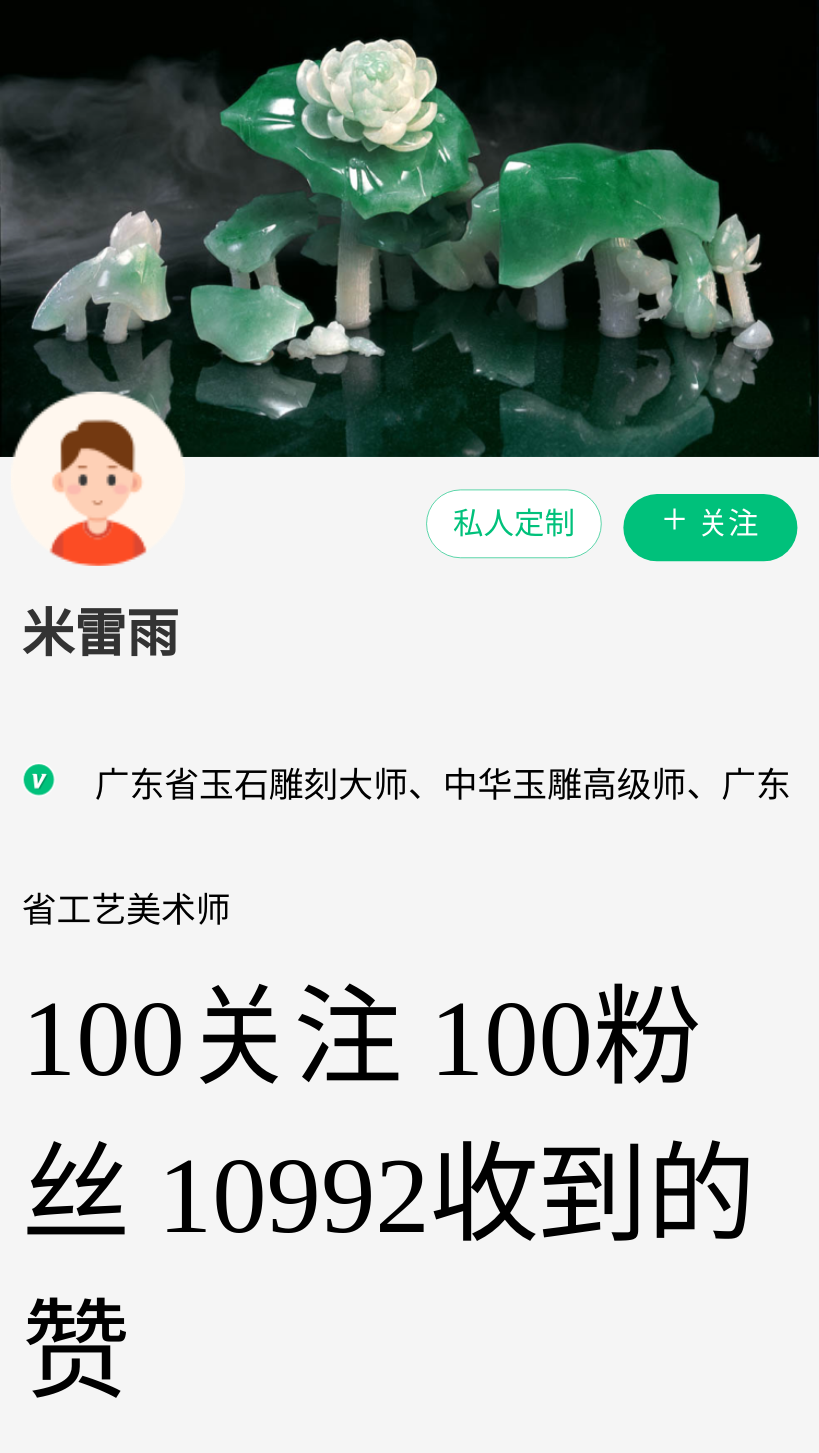
Repository: 1yanglulu/-
Page: html/jadecarvemaincenter.html
An editor plug-in stored every save of this project. The page is shown before and after the next save, followed by the edit.
The browser window is 1280 px wide. The pictures show the whole page, at 64% of full size.

Above is the page before, as saved 2020-01-07 14:29:13.

After the next save:
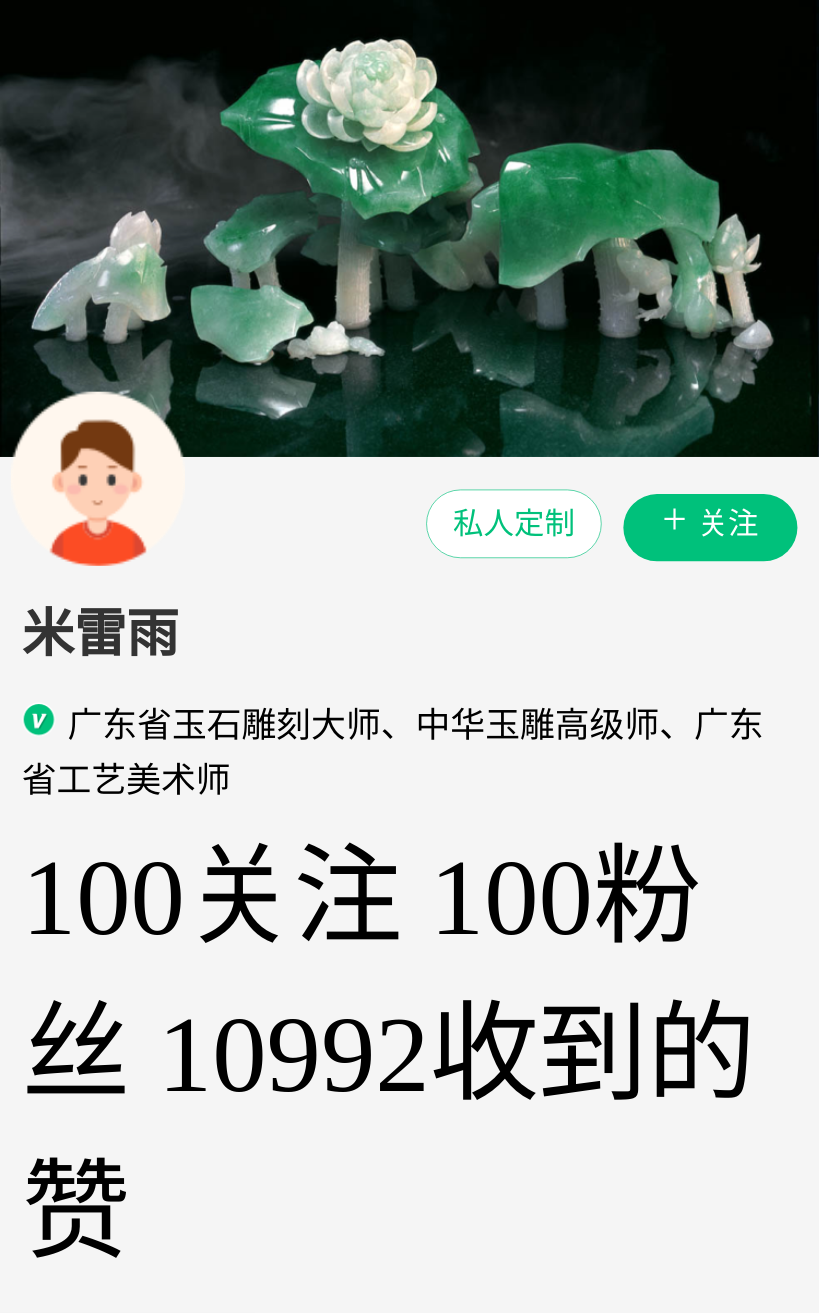
Saved 16 s later.
--- a/html/jadecarvemaincenter.html
+++ b/html/jadecarvemaincenter.html
@@ -22,7 +22,7 @@
       <div class="jade-name">
         米雷雨
       </div>
-      <div class="jade-introduce">
+      <div class="jade-introduce fn">
         <img src="../images/vipicon.png" alt="vip" class="vip-icon">
         <span class="touxian">广东省玉石雕刻大师、中华玉雕高级师、广东省工艺美术师</span>
       </div>
